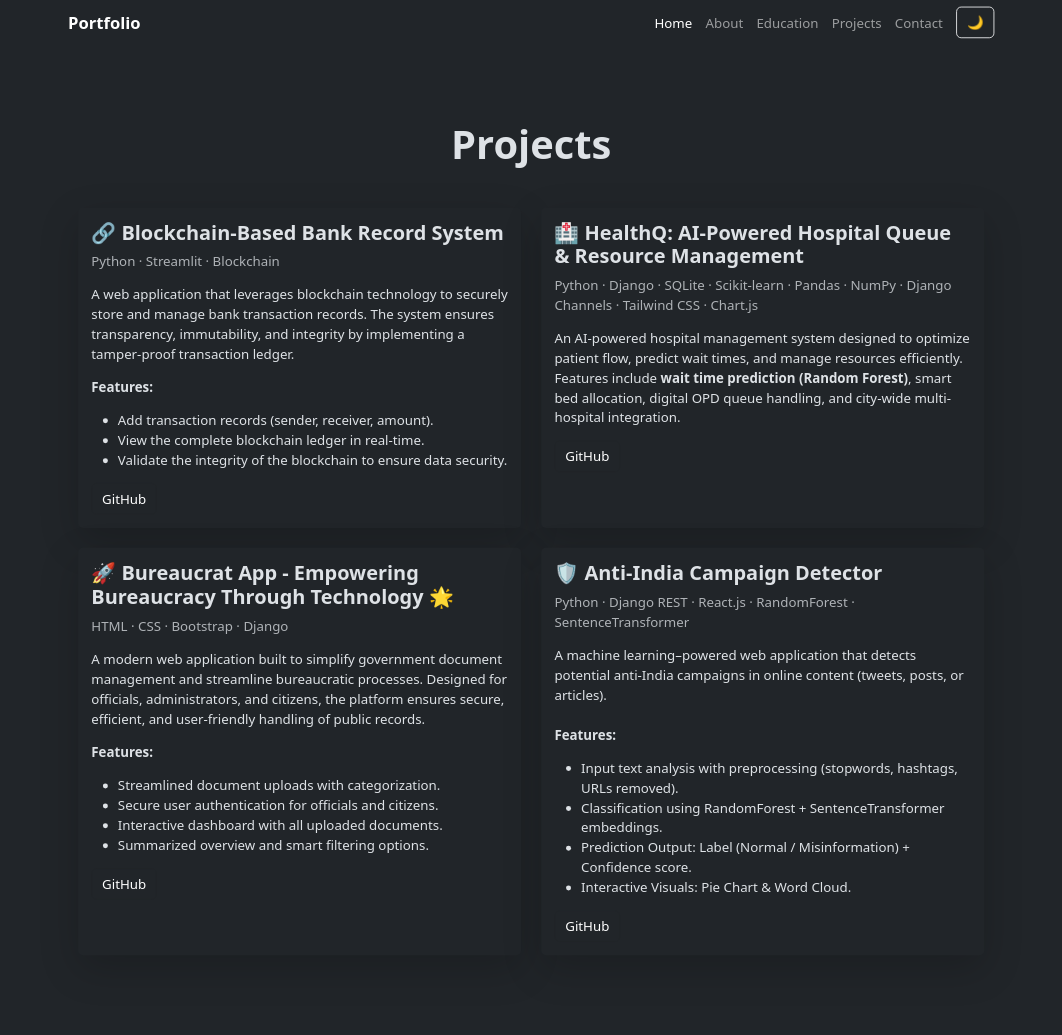
Repository: Shreyasaraf01/shreya-portfolio
Page: http://localhost/projects/
These files come from the project's save history. The page is drawn as it stood at one moment and after the next save; the edit follows.
The browser window is 1280 px wide. The pictures show the whole page, at 83% of full size.
The page is served by the project's application, run on Django 5.2 (manage.py).

Above is the page before, as saved 2025-09-13 22:38:48.

After the next save:
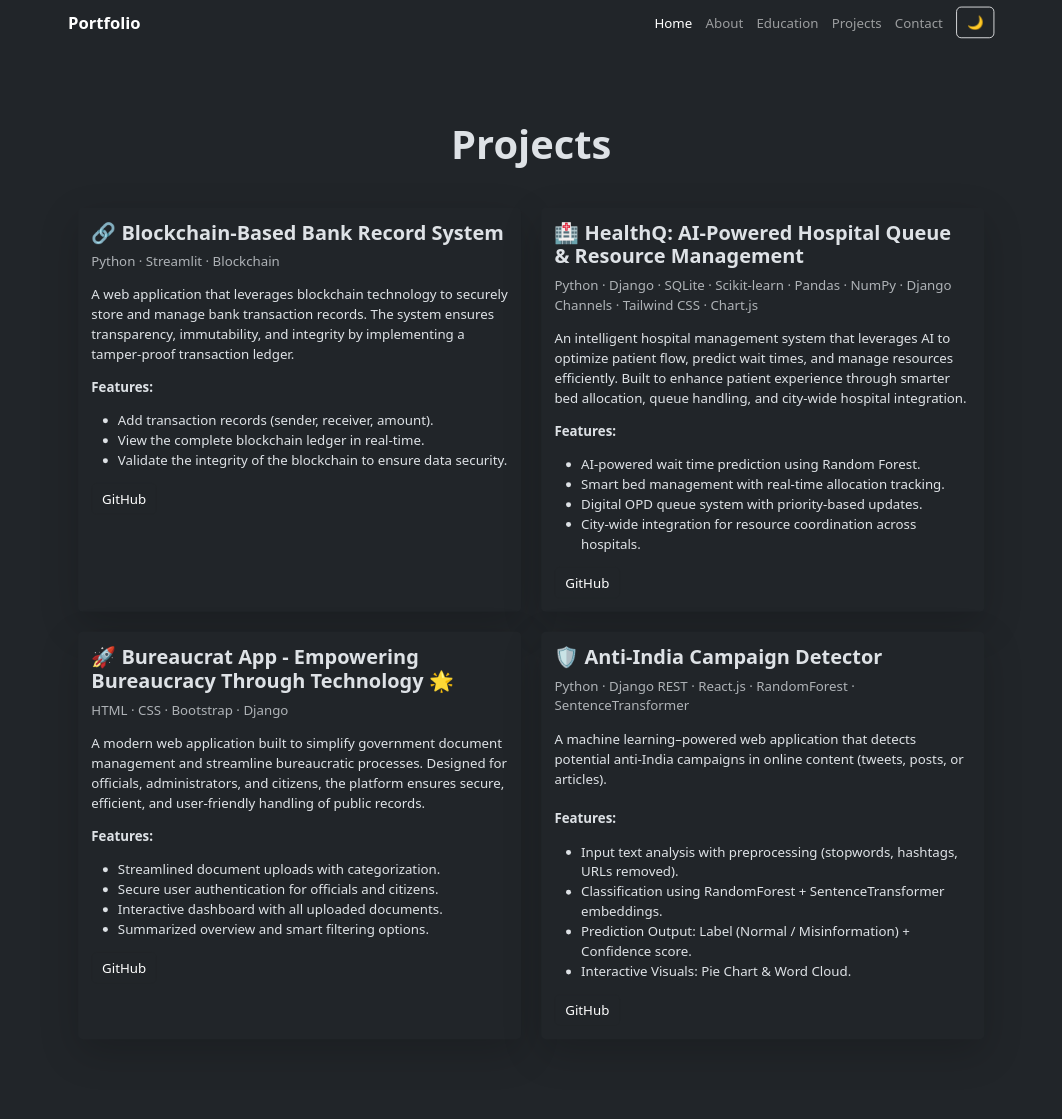
Saved 96 s later.
--- a/main/templates/main/projects.html
+++ b/main/templates/main/projects.html
@@ -32,19 +32,30 @@
 
 
     <!-- HealthQ -->
-    <div class="col-md-6">
-      <div class="card h-100 shadow-lg border-0">
-        <div class="card-body">
-          <h4 class="card-title fw-bold">🏥 HealthQ: AI-Powered Hospital Queue & Resource Management</h4>
-          <p class="text-muted">Python · Django · SQLite · Scikit-learn · Pandas · NumPy · Django Channels · Tailwind CSS · Chart.js</p>
-          <p>
-            An AI-powered hospital management system designed to optimize patient flow, predict wait times, and manage resources efficiently.
-            Features include <strong>wait time prediction (Random Forest)</strong>, smart bed allocation, digital OPD queue handling, and city-wide multi-hospital integration.
-          </p>
-          <a href="https://github.com/yourusername/healthq" target="_blank" class="btn btn-dark">GitHub</a>
-        </div>
-      </div>
+<div class="col-md-6">
+  <div class="card h-100 shadow-lg border-0">
+    <div class="card-body">
+      <h4 class="card-title fw-bold">🏥 HealthQ: AI-Powered Hospital Queue & Resource Management</h4>
+      <p class="text-muted">Python · Django · SQLite · Scikit-learn · Pandas · NumPy · Django Channels · Tailwind CSS · Chart.js</p>
+      <p>
+        An intelligent hospital management system that leverages AI to optimize patient flow, predict wait times,
+        and manage resources efficiently. Built to enhance patient experience through smarter bed allocation,
+        queue handling, and city-wide hospital integration.
+      </p>
+      <p>
+        <strong>Features:</strong>
+        <ul>
+          <li>AI-powered wait time prediction using Random Forest.</li>
+          <li>Smart bed management with real-time allocation tracking.</li>
+          <li>Digital OPD queue system with priority-based updates.</li>
+          <li>City-wide integration for resource coordination across hospitals.</li>
+        </ul>
+      </p>
+      <a href="https://github.com/yourusername/healthq" target="_blank" class="btn btn-dark">GitHub</a>
     </div>
+  </div>
+</div>
+
 
     <!-- Bureaucrat App -->
 <div class="col-md-6">
